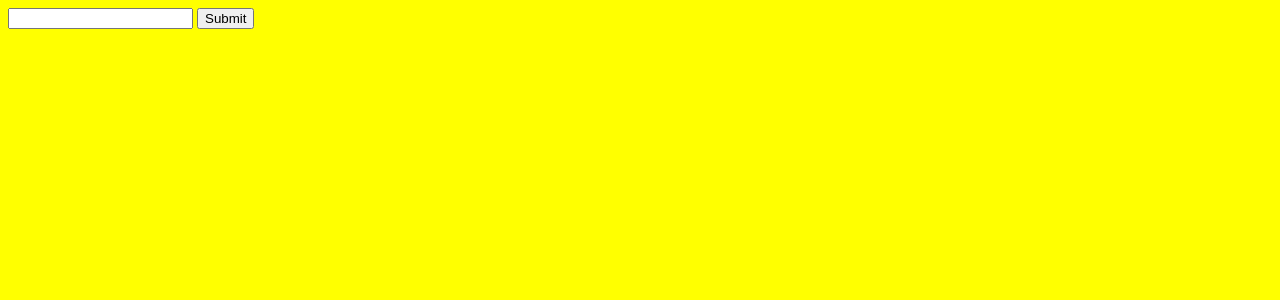
Repository: pawankumarsharm/UST_JDBC_SERVLET
Page: jdbc/webappp/WebContent/form.html
These files come from the project's save history. The page is drawn as it stood at one moment and after the next save; the edit follows.
The browser window is 1280 px wide. The pictures show the whole page.

Above is the page before, as saved 2019-11-13 06:57:14.

### jdbc/webappp/WebContent/form.html
<!DOCTYPE html>
<html>
<head>
<meta charset="ISO-8859-1">
<title>Insert title here</title>
</head>
<body bgcolor="yellow">
	<form action="./form">
		<input name="empname" type="text">
		<input type="submit" name="submit">
	</form>
</body>
</html>

After the next save:
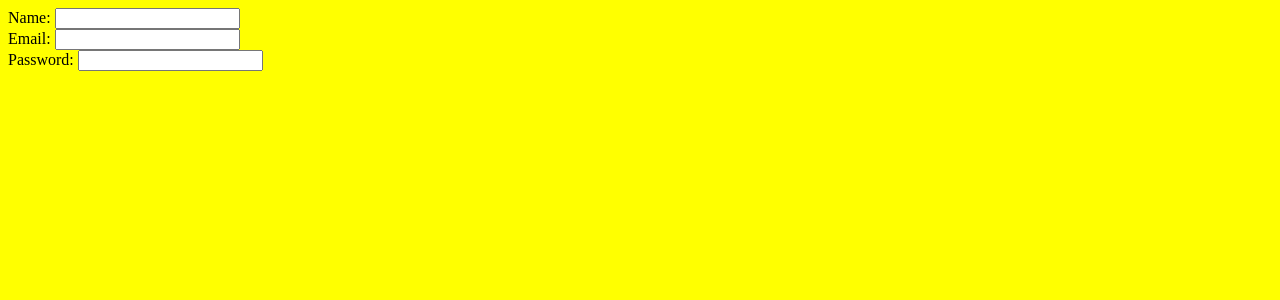
Saved 16 min 57 s later.
--- a/jdbc/webappp/WebContent/form.html
+++ b/jdbc/webappp/WebContent/form.html
@@ -6,8 +6,9 @@
 </head>
 <body bgcolor="yellow">
 	<form action="./form">
-		<input name="empname" type="text">
-		<input type="submit" name="submit">
+		Name: <input name="empname" type="text"><br>
+		Email: <input type="email" name="email"><br>
+		Password: <input type="password" name="password">
 	</form>
 </body>
 </html>
